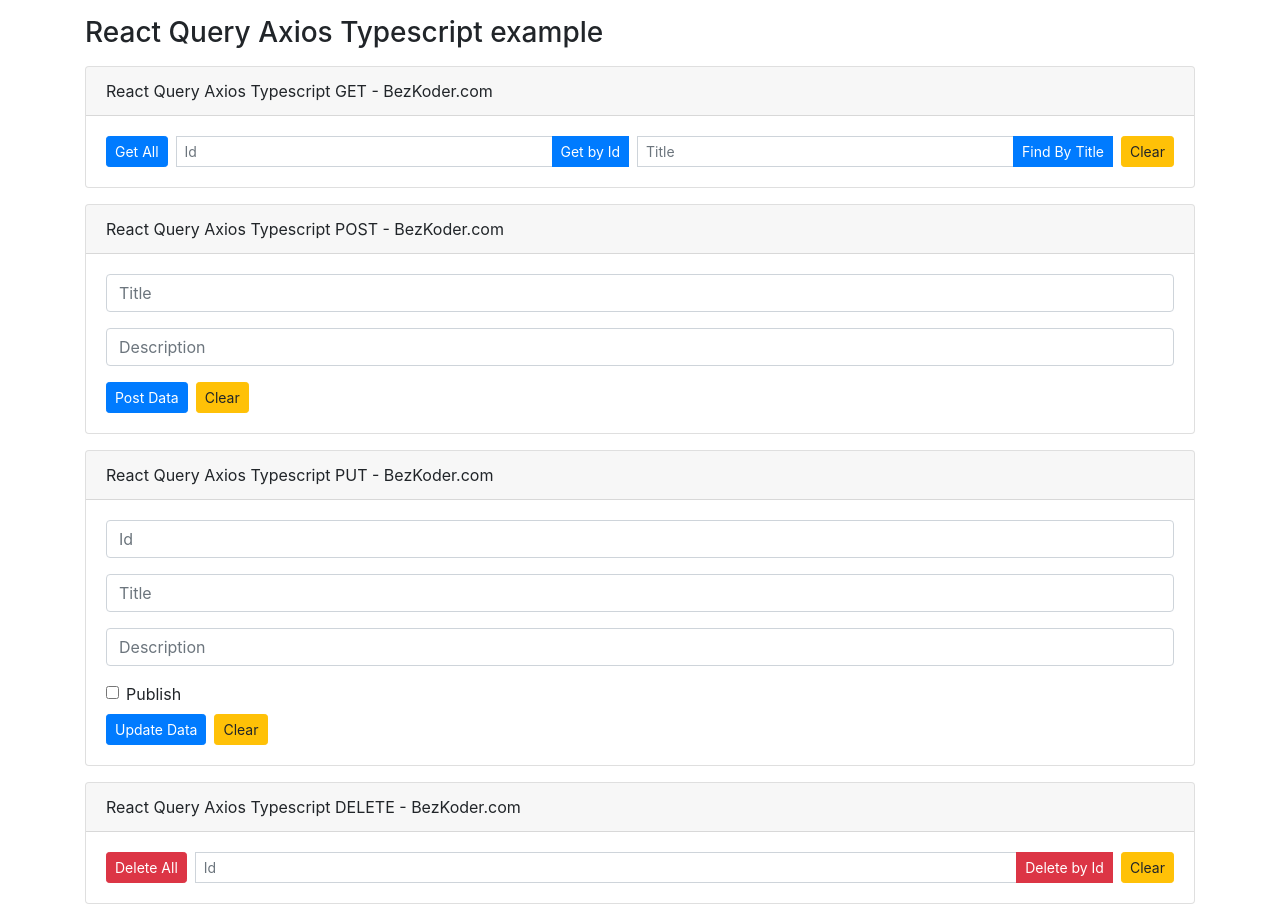
Repository: minhITduong/react_query_axios_typescript
Page: /
The author's editor kept a copy of each file at every save. The page is drawn from the files as they stood at one save, then again after the next save.
The browser window is 1280 px wide. The pictures show the whole page.
The project was rebuilt for these pictures with package versions that can differ from the ones it lists, and the page was loaded fresh each time. Also part of the build but not shown: src/App.css.

Above is the page before, as saved 2021-12-11 19:30:02.

After the next save:
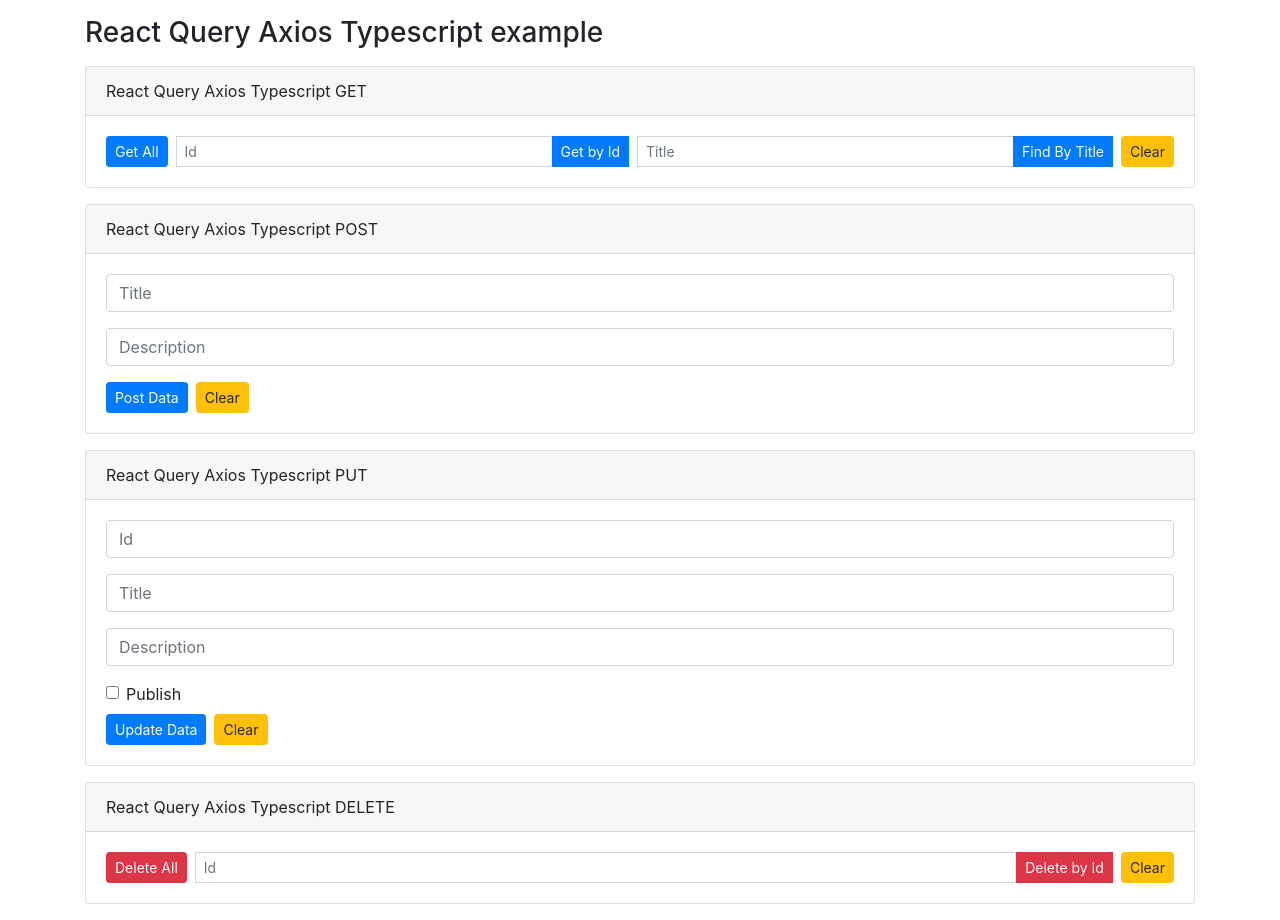
Saved 53 s later.
--- a/src/App.tsx
+++ b/src/App.tsx
@@ -273,9 +273,7 @@
       <h3>React Query Axios Typescript example</h3>
 
       <div className="card mt-3">
-        <div className="card-header">
-          React Query Axios Typescript GET - BezKoder.com
-        </div>
+        <div className="card-header">React Query Axios Typescript GET</div>
         <div className="card-body">
           <div className="input-group input-group-sm">
             <button className="btn btn-sm btn-primary" onClick={getAllData}>
@@ -328,9 +326,7 @@
       </div>
 
       <div className="card mt-3">
-        <div className="card-header">
-          React Query Axios Typescript POST - BezKoder.com
-        </div>
+        <div className="card-header">React Query Axios Typescript POST</div>
         <div className="card-body">
           <div className="form-group">
             <input
@@ -369,9 +365,7 @@
       </div>
 
       <div className="card mt-3">
-        <div className="card-header">
-          React Query Axios Typescript PUT - BezKoder.com
-        </div>
+        <div className="card-header">React Query Axios Typescript PUT</div>
         <div className="card-body">
           <div className="form-group">
             <input
@@ -431,9 +425,7 @@
       </div>
 
       <div className="card mt-3">
-        <div className="card-header">
-          React Query Axios Typescript DELETE - BezKoder.com
-        </div>
+        <div className="card-header">React Query Axios Typescript DELETE</div>
         <div className="card-body">
           <div className="input-group input-group-sm">
             <button className="btn btn-sm btn-danger" onClick={deleteAllData}>
